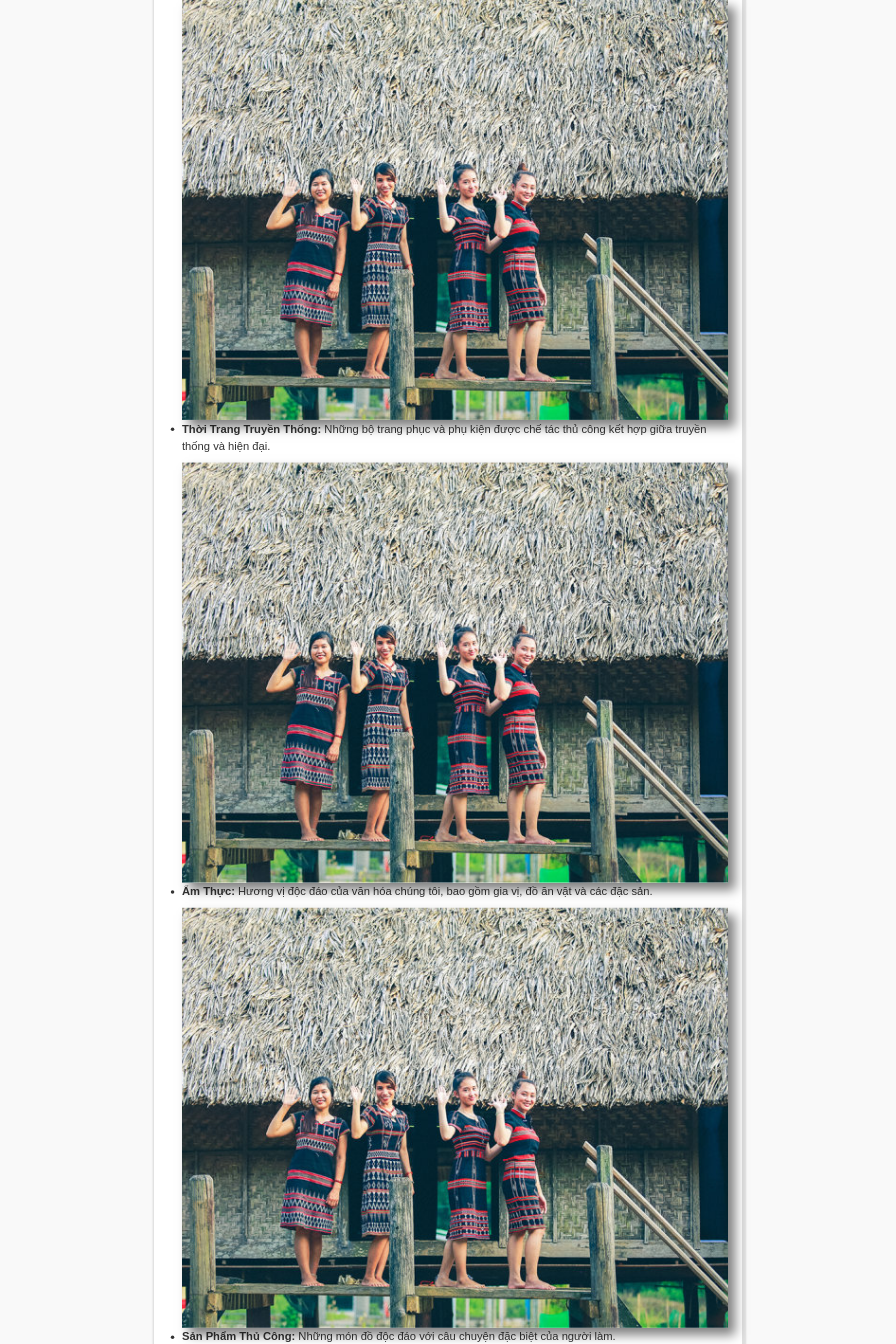
Repository: DangVai/LocalProduct
Page: http://localhost/LocalProduct/Views/frontend/aboutus.php
The author's editor kept a copy of each file at every save. The page is drawn from the files as they stood at one save, then again after the next save.
The browser window is 1280 px wide. The pictures show the part of the page from y = 1117 to 3037 px (the page is 3324 px tall), at 70% of full size.
The page is run by PHP 8.4 with error messages shown; the project is at /var/www/html/.

Above is the page before, as saved 2024-12-31 09:07:41.

### Views/frontend/aboutus.php
<!DOCTYPE html>
<html lang="vi">

<head>
    <meta charset="UTF-8">
    <meta name="viewport" content="width=device-width, initial-scale=1.0">
    <title>Về Chúng Tôi</title>
    <link rel="stylesheet" href="/LocalProduct/public/css/aboutus.css">
</head>

<body>
    <div class="container">
        <div class="banner">
            <img src="/LocalProduct/public/images/Paco.jpg" alt="Banner ">
        </div>
        <h1>Về Chúng Tôi</h1>
        <p>Chào mừng bạn đến với cửa hàng trực tuyến của chúng tôi, nơi mang đến những giá trị truyền thống phong phú và sống động của các dân tộc Vân Kiều và Pa Cô. Chúng tôi tự hào mang đến cho bạn những sản phẩm đậm chất truyền thống thông qua thời trang, ẩm thực và những món đồ thủ công.</p>

        <p>Thành lập vào năm 2024, cửa hàng của chúng tôi tuy còn non trẻ nhưng hành trình đã bắt đầu từ hơn một năm trước ở các khu chợ địa phương, nơi chúng tôi đã xây dựng được nền tảng niềm tin và chất lượng. Ngày nay, chúng tôi tiếp tục hành trình đó trên nền tảng trực tuyến, giúp bạn dễ dàng hơn trong việc khám phá và đồng hành cùng những giá trị truyền thống của chúng tôi.</p>

        <h2>Sứ Mệnh Của Chúng Tôi</h2>
        <p>Góp phần bảo tồn và quảng bá những truyền thống của các dân tộc Vân Kiều và Pa Cô thông qua việc mang đến những sản phẩm đậm chất bản sắc và độc đáo.</p>

        <h2>Chúng Tôi Cung Cấp</h2>
        <ul>
            <div class="banner">
                <img src="/LocalProduct/public/images/Paco.jpg" alt="Banner ">
            </div>
            <li><strong>Thời Trang Truyền Thống:</strong> Những bộ trang phục và phụ kiện được chế tác thủ công kết hợp giữa truyền thống và hiện đại.</li>
            <div class="banner">
                <img src="/LocalProduct/public/images/Paco.jpg" alt="Banner ">
            </div>
            <li><strong>Ẩm Thực:</strong> Hương vị độc đáo của văn hóa chúng tôi, bao gồm gia vị, đồ ăn vặt và các đặc sản.</li>
            <div class="banner">
                <img src="/LocalProduct/public/images/Paco.jpg" alt="Banner ">
            </div>
            <li><strong>Sản Phẩm Thủ Công:</strong> Những món đồ độc đáo với câu chuyện đặc biệt của người làm.</li>
        </ul>

        <h2>Vì Sao Chọn Chúng Tôi?</h2>
        <p>Chúng tôi tin rằng mỗi lựa chọn mua sắm của bạn là một bước góp phần bảo tồn giá trị văn hóa của các dân tộc Vân Kiều và Pa Cô. Mỗi sản phẩm bạn mua là một lời động viên dành cho những người nghệ nhân và nông dân đang cống hiến hết tâm hồn vào từng sản phẩm.</p>

        <p>Hãy cùng chúng tôi quảng bá và bảo tồn những giá trị tâm hồn đẹp đẽ của truyền thống. Cùng nhau, chúng ta sẽ giúp những giá trị này sống mãi với thời gian.</p>

        <div class="footer">&copy; 2024 Cửa Hàng Truyền Thống Vân Kiều & Pa Cô. All rights reserved.</div>
    </div>
</body>

</html>

### public/css/aboutus.css
  body {
      font-family: Arial, sans-serif;
      line-height: 1.6;
      margin: 0;
      padding: 0;
      background-color: #f9f9f9;
      color: #333;
  }

  .container {
      max-width: 800px;
      margin: 0 auto;
      padding: 20px;
      background: #fff;
      box-shadow: 2px 2px 2px 4px rgba(0, 0, 0, 0.1);
      border-radius: 8px;
  }

  .banner {
      position: relative;
      width: 100%;
      height: 600px;
      display: flex;
      justify-content: center;
      align-items: center;
  }

  .banner img {
      width: 100%;
      height: 100%;
      object-fit: cover;
      box-shadow: 10px 10px 15px rgba(0, 0, 0, 0.5);
  }

  h1,
  h2 {
      color: #0056b3;
  }

  ul {
      padding-left: 20px;
  }

  li {
      margin-bottom: 10px;
  }

  .footer {
      text-align: center;
      margin-top: 20px;
      font-size: 0.9em;
      color: #777;
  }

After the next save:
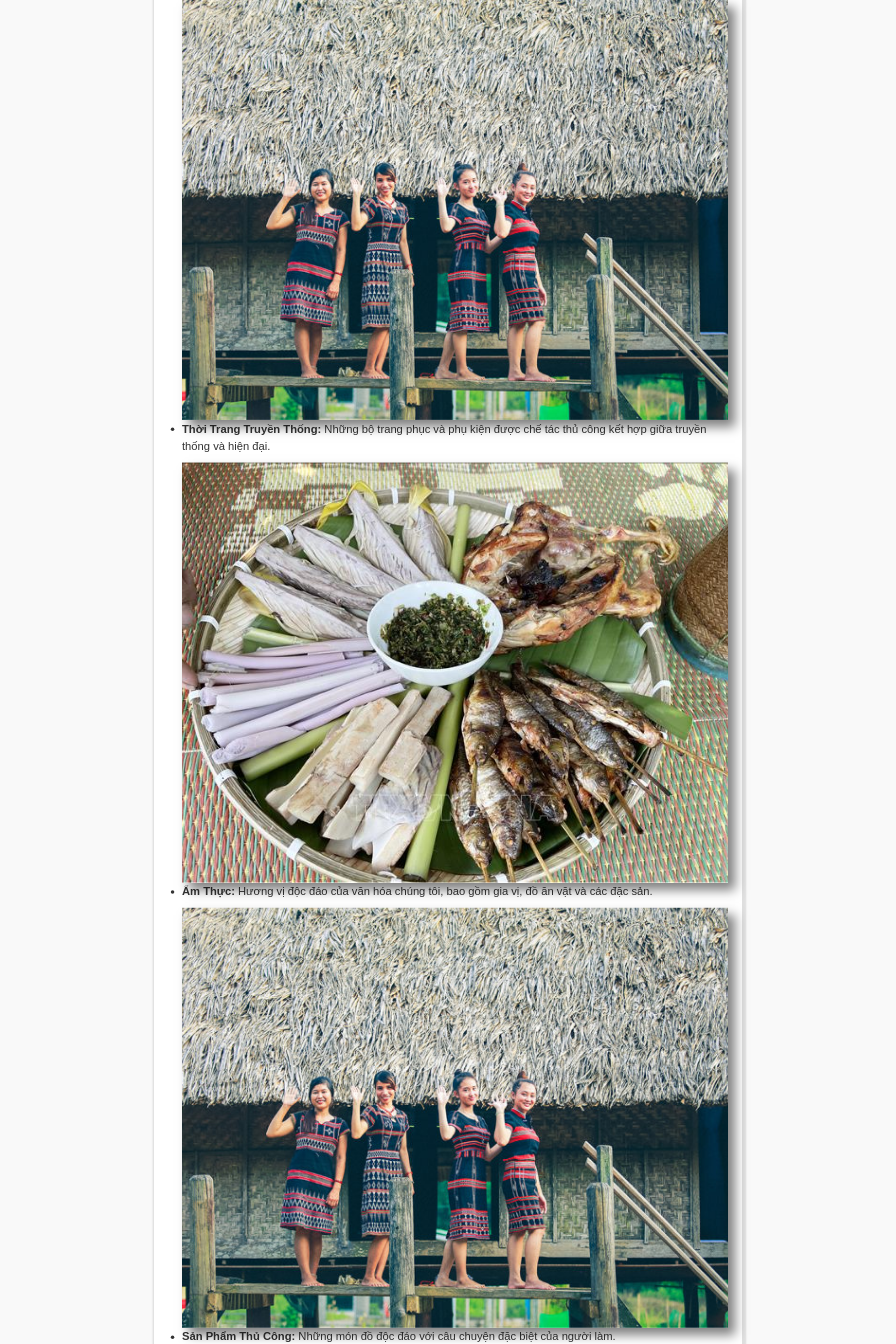
Saved 99 s later.
--- a/Views/frontend/aboutus.php
+++ b/Views/frontend/aboutus.php
@@ -28,7 +28,7 @@
             </div>
             <li><strong>Thời Trang Truyền Thống:</strong> Những bộ trang phục và phụ kiện được chế tác thủ công kết hợp giữa truyền thống và hiện đại.</li>
             <div class="banner">
-                <img src="/LocalProduct/public/images/Paco.jpg" alt="Banner ">
+                <img src="/LocalProduct/public/images/du-lich-cong-dong-16042023d.jpg" alt="Banner ">
             </div>
             <li><strong>Ẩm Thực:</strong> Hương vị độc đáo của văn hóa chúng tôi, bao gồm gia vị, đồ ăn vặt và các đặc sản.</li>
             <div class="banner">
